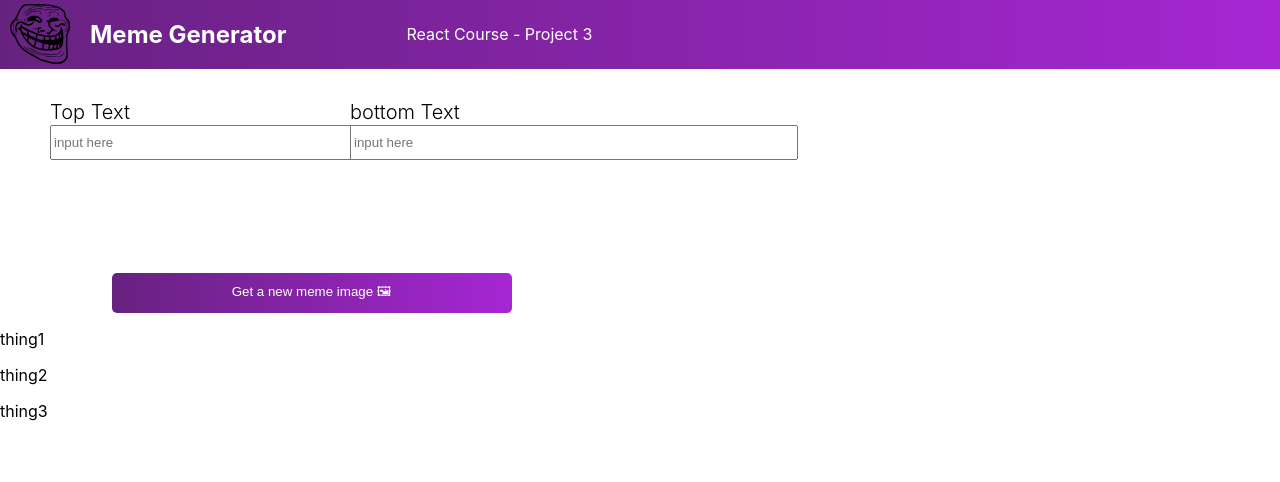
Repository: mortiestmorty1/meme-generator-react
Page: /
The author's editor kept a copy of each file at every save. The page is drawn from the files as they stood at one save, then again after the next save.
The browser window is 1280 px wide. The pictures show the whole page.
The project was rebuilt for these pictures with package versions that can differ from the ones it lists, and the page was loaded fresh each time.

Above is the page before, as saved 2024-01-18 21:32:59.

### src/index.css
body {
  margin: 0;
  font-family: -apple-system, BlinkMacSystemFont, 'Segoe UI', 'Roboto', 'Oxygen',
    'Ubuntu', 'Cantarell', 'Fira Sans', 'Droid Sans', 'Helvetica Neue',
    sans-serif;
  -webkit-font-smoothing: antialiased;
  -moz-osx-font-smoothing: grayscale;
}

code {
  font-family: source-code-pro, Menlo, Monaco, Consolas, 'Courier New',
    monospace;
}
* {
  box-sizing: border-box;
  }

### src/App.js
import logo from './logo.svg';
import './App.css';
import React from "react";
import Navbar from "./components/Navbar";
import Inputs from "./components/inputs";
function App() {
  const thingsarray= ["thing1", "thing2", "thing3"]
  const thingsElement = thingsarray.map(thing => <p key ={thing}>{thing}</p>)
  return (
    <div className="App">
      <Navbar />
      <Inputs />
      {thingsElement}
    </div>
  );
}

export default App;

### src/App.css
.nav-container {
  display: flex;
  justify-content: space-between;
  align-items: center;
  background: linear-gradient(to right, #672280,#A626D3);
  }
  .image{
    width: 60px;
    height: 60px;
    margin-left: 10px;
  }
  .navbar{
    display: flex;
    justify-content: space-around;
    align-items: center;
    margin-right: 10px;
    color: white;
  }
  .navbar h1{
    margin-right: 20px;
    margin-left: 20px;
  }
  .info{
    margin-left: 100px;
  }
  .inputs-container{
    margin-left: 50px;
    margin-top: 20px;
    font-size: 20px;
    font-weight: 300;
  }
  .top{
    position: absolute;
    top: 100px;
  }
  .bottom{
    position: absolute;
    margin-left: 300px;
    top: 100px;
  }
  .topinput{
    position: absolute;
    top: 125px;
    height: 35px;
    width: 35%;
  }
  .bottominput{
    position: absolute;
    top: 125px;
    margin-left: 300px;
    height: 35px;
    width: 35%;
  }
  .generate{
    margin-left: 5%;
    margin-top: 15%;
    background: linear-gradient(to right, #672280,#A626D3);
    color: white;
    border: none;
    border-radius: 5px;
    width: 400px;
    height: 40px;
  }

### src/components/Navbar.js
import React from "react";
import Troll from "./Troll-Face.svg";
import "../App.css";
function Navbar(){
    return(
        <div className="nav-container">
            <nav className="navbar">
                <img src={Troll} className="image" alt="Troll Face" />
                <h1>Meme Generator</h1>
                <section className="info">
                    <p>React Course - Project 3</p>
                </section>
            </nav>
        </div>
    )
}

export default Navbar;

### src/components/inputs.js
import React from "react";
import "../App.css";
import Meme from "./meme.js";

function Inputs(){
    function handleClick () {
        const memearray = Meme
        const random = Math.floor(Math.random() * memearray.length)
        const url = memearray[random].url
        console.log(url)

    }
    return(
        <div className="inputs-container">
            <div className="inputs">
                <label className="top">Top Text</label>
                <input  className="topinput" type="text" placeholder="input here" />
                <label className="bottom">bottom Text</label>
                <input className="bottominput" type="text" placeholder="input here" />
                <button className="generate" onClick={handleClick}>Get a new meme image  🖼</button>
            </div>
        </div>
    )
}

export default Inputs;

### src/components/meme.js

export default [
    {
        id: 1,
        name: "Drake",
        url: "https://i.imgflip.com/30b1gx.jpg",
        width: 1200,
        height: 1200
    },
    {
        id: 2,
        name: "Distracted Boyfriend",
        url: "https://i.imgflip.com/1ur9b0.jpg",
        width: 1200,
        height: 800
    },
    {
        id: 3,
        name: "Two Buttons",
        url: "https://i.imgflip.com/1g8my4.jpg",
        width: 600,
        height: 908
    },
    {
        id: 4,
        name: "Mocking Spongebob",
        url: "https://i.imgflip.com/1otk96.jpg",
        width: 502,
        height: 353
    },
    {
        id: 5,
        name: "Expanding Brain",
        url: "https://i.imgflip.com/1jwhww.jpg",
        width: 857,
        height: 1202
    },
    {
        id: 6,
        name: "Roll Safe Think About It",
        url: "https://i.imgflip.com/1h7in3.jpg",
        width: 600,
        height: 600
    },
    {
        id: 7,
        name: "Change My Mind",
        url: "https://i.imgflip.com/24y43o.jpg",
        width: 482,
        height: 361
    },
    {
        id: 8,
        name: "Is This A Pigeon",
        url: "https://i.imgflip.com/1o00in.jpg",
        width: 857,
        height: 1202
    },
    {
        id: 9,
        name: "Batman Slapping Robin",
        url: "https://i.imgflip.com/9ehk.jpg",
        width: 400,
        height: 387
    },
   {
        id: 10,
        name: "One Does Not Simply",
        url: "https://i.imgflip.com/1bij.jpg",
        width: 568,
        height: 335
    },
    {
        id: 11,
        name: "Philosoraptor",
        url: "https://i.imgflip.com/1bgs.jpg",
        width: 400,
        height: 400
    },
    {
        id: 12,
        name: "Waiting Skeleton",
        url: "https://i.imgflip.com/2fm6x.jpg",
        width: 500,
        height: 500
    },
    {
        id: 13,
        name: "X, X Everywhere",
        url: "https://i.imgflip.com/1ihzfe.jpg",
        width: 500,
        height: 610
    },
    {
        id: 14,
        name: "Futurama Fry",
        url: "https://i.imgflip.com/1bgw.jpg",
        width: 553,
        height: 439
    },
    {
        id: 15,
        name: "Ancient Aliens",
        url: "https://i.imgflip.com/26am.jpg",
        width: 500,
        height: 437
    },
    {
        id: 16,
        name: "That Would Be Great",
        url: "https://i.imgflip.com/1bh8.jpg",
        width: 500,
        height: 500
    },
    {
        id: 17,
        name: "Unsettled Tom",
        url: "https://i.imgflip.com/2wifvo.jpg",
        "width": 500,
        "height": 654
    },
    {
        id : 18,
        name: "Boardroom Meeting Suggestion",
        url: "https://i.imgflip.com/m78d.jpg",
        width: 625,
        height: 415
    },
]

Loaded but not shown: public/index.html (common file); src/index.js (common file); src/reportWebVitals.js (common file)

After the next save:
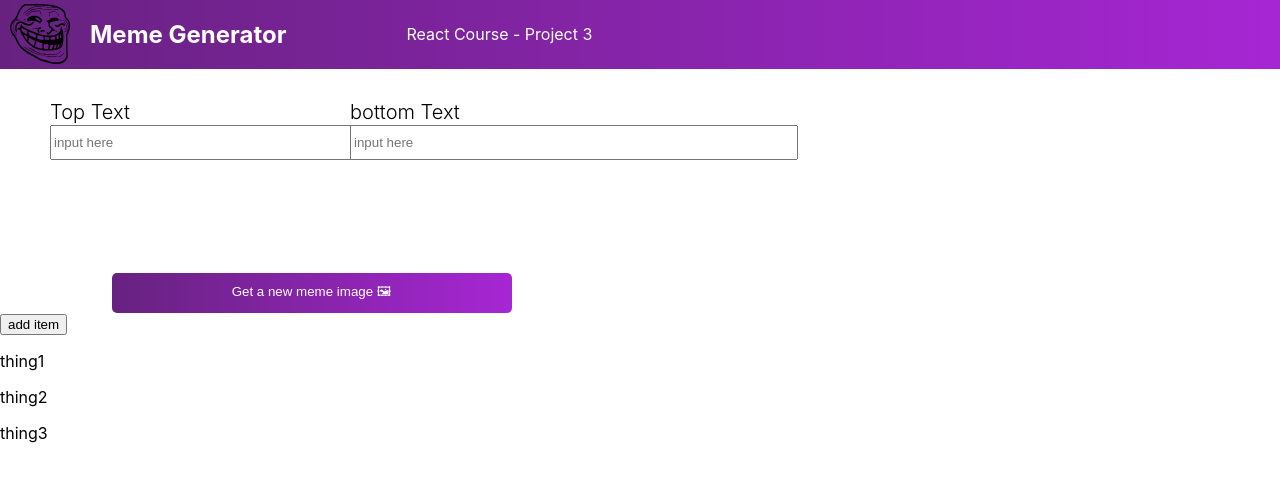
Saved 2 min 30 s later.
--- a/src/App.js
+++ b/src/App.js
@@ -6,10 +6,14 @@ import Inputs from "./components/inputs";
 function App() {
   const thingsarray= ["thing1", "thing2", "thing3"]
   const thingsElement = thingsarray.map(thing => <p key ={thing}>{thing}</p>)
+  const additem = () => {
+    thingsarray.push("thing" + (thingsarray.length + 1))
+  }
   return (
     <div className="App">
       <Navbar />
       <Inputs />
+      <button onClick={additem}>add item</button>
       {thingsElement}
     </div>
   );
